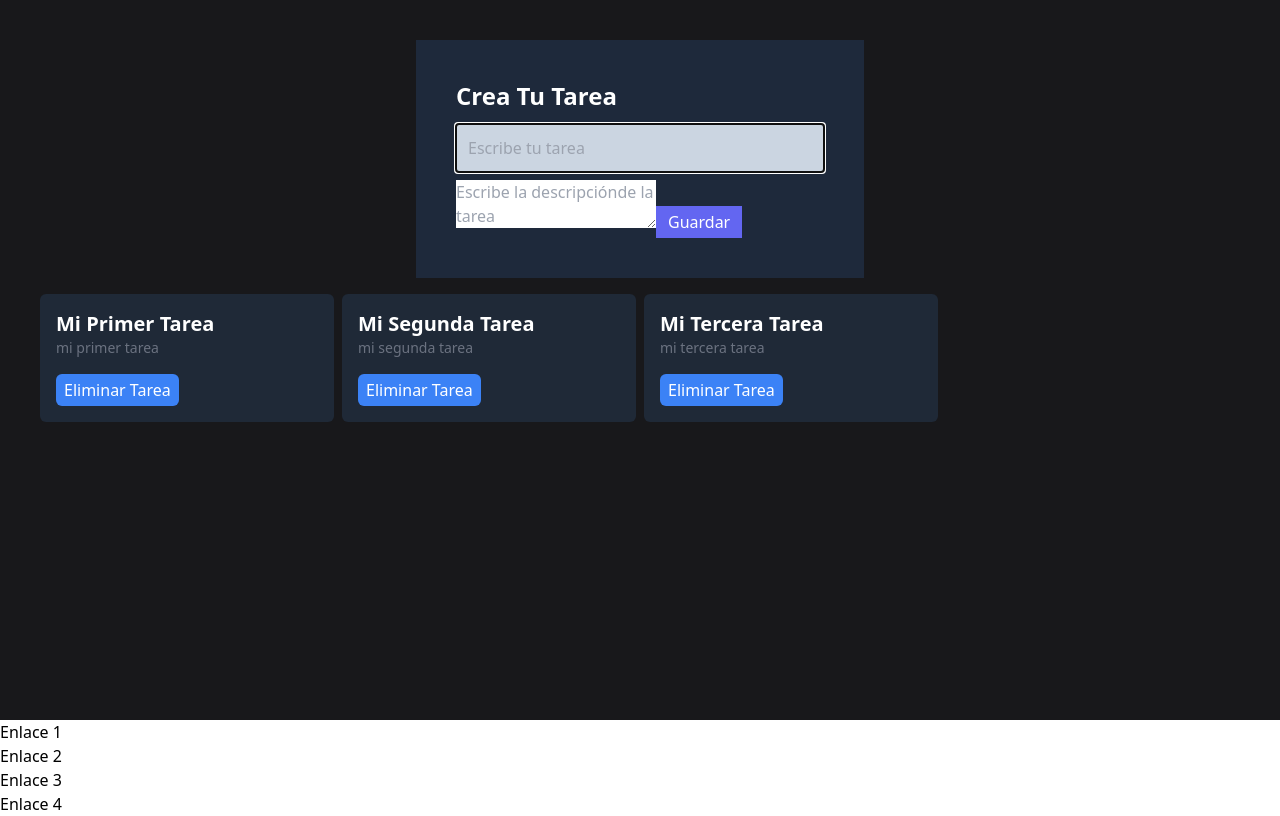
Repository: Ciromontes/AgendaTuTarea
Page: /
These files come from the project's save history. The page is drawn as it stood at one moment and after the next save; the edit follows.
The browser window is 1280 px wide. The pictures show the whole page.
The project was rebuilt for these pictures with package versions that can differ from the ones it lists, and the page was loaded fresh each time. Also part of the build but not shown: vite.config.js.

Above is the page before, as saved 2023-09-19 08:33:05.

After the next save:
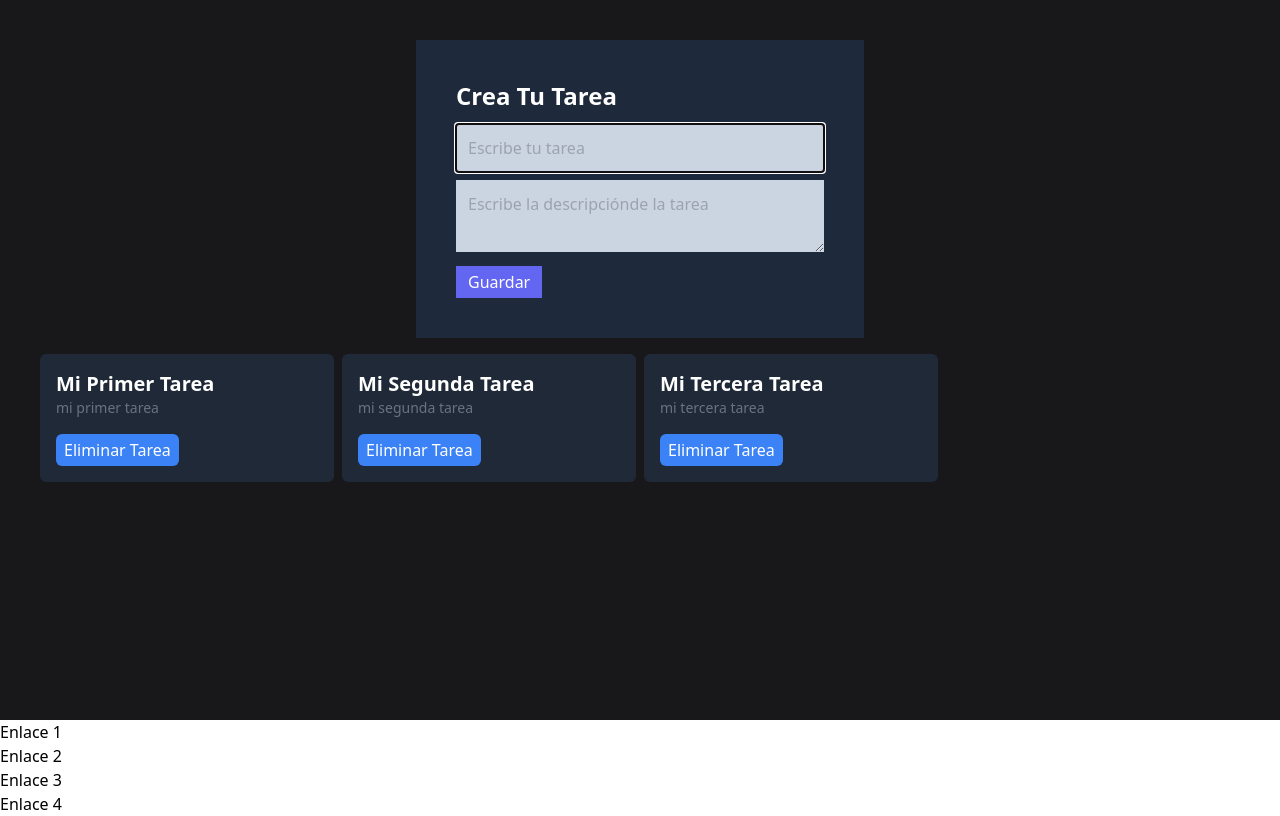
Saved 111 s later.
--- a/src/components/TaskForm.jsx
+++ b/src/components/TaskForm.jsx
@@ -31,6 +31,7 @@ function TaskForm() {
             />
             <textarea placeholder="Escribe la descripciónde la tarea"
                 onChange={(e) => setDescription(e.target.value)}
+                className="bg-slate-300 p-3 w-full mb-2"
                 value = {description}
 
             ></textarea>
